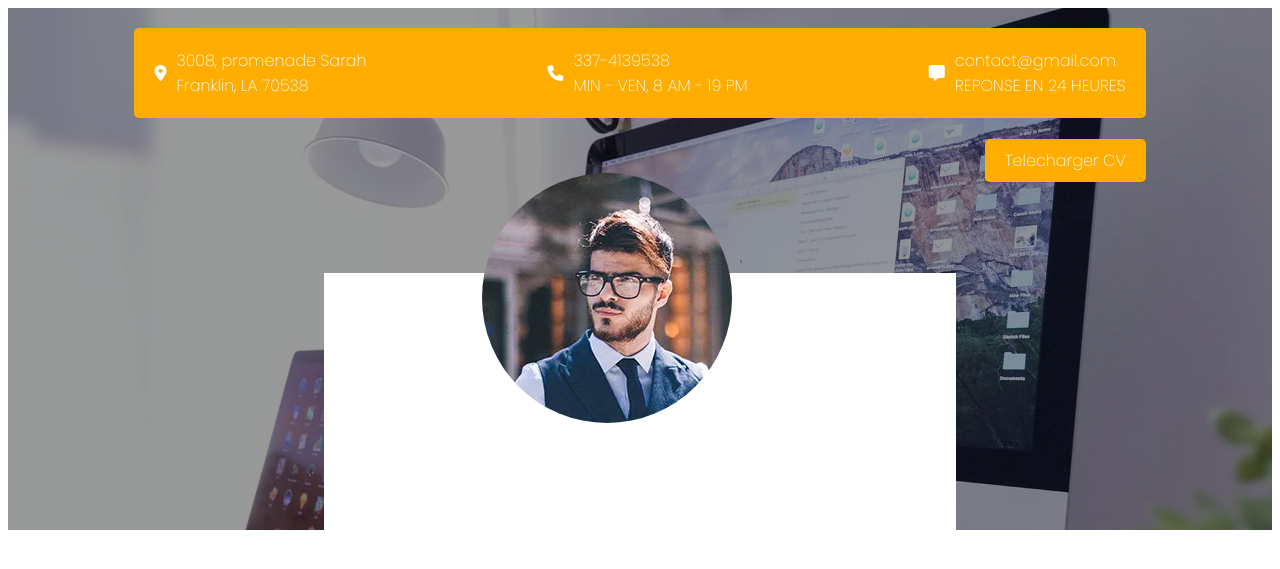
Repository: wadelfadill/CV_PORTFOLIO
Page: index.html
An editor plug-in stored every save of this project. The page is shown before and after the next save, followed by the edit.
The browser window is 1280 px wide. The pictures show the whole page.

Above is the page before, as saved 2023-03-13 20:24:32.

### index.html
<!DOCTYPE html>
<html lang="en">
<head>
    <meta charset="UTF-8">
    <meta http-equiv="X-UA-Compatible" content="IE=edge">
    <meta name="viewport" content="width=device-width, initial-scale=1.0">
    <title>CV - Portfolio</title>
    <link rel="stylesheet" href="style.css">
    <link rel="stylesheet" href="path/to/font-awesome/css/font-awesome.min.css">
    <link href="/fontawesome/css/all.css" rel="stylesheet">
    <link href="/fontawesome/css/fontawesome.css" rel="stylesheet">
    <link href="/fontawesome/css/brands.css" rel="stylesheet">
    <link href="/fontawesome/css/solid.css" rel="stylesheet">
    <link rel="stylesheet" href="/fontawesome/css/regular.css">
    <link rel="preconnect" href="https://fonts.googleapis.com">
    <link rel="stylesheet" href="/fontawesome/css/all.min.css">
<link rel="preconnect" href="https://fonts.gstatic.com" crossorigin>
<link href="https://fonts.googleapis.com/css2?family=Manrope&family=Montserrat&family=Poppins:wght@200&family=Roboto&display=swap" rel="stylesheet">
</head>
<body>
    <header>
        <div class="head">
            <div class="address">
                <div class="add-1">
                    <div class="add-icone"><i class="fa-sharp fa-solid fa-location-dot"></i></div>
                    <div class="add-text">3008, promenade Sarah <br> Franklin, LA 70538</div>
                </div>
                <div class="add-1">
                    <div class="add-icone"><i class="fa-sharp fa-solid fa-phone"></i></div>
                    <div class="add-text">337-4139538 <br> MIN - VEN, 8 AM - 19 PM</div>
                </div>
                <div class="add-1">
                    <div class="add-icone"><i class="fa-solid fa-message"></i></div>
                    <div class="add-text">contact@gmail.com <br>REPONSE EN 24 HEURES</div>
                </div>
            </div>
            <div class="download">
                <a href="#" class="button">Telecharger CV</a>
            </div>
        </div>
        <div class="head_2">
           <div class="espace">

           </div>
           <div class="presentation">
            <img src="images/profile.jpg" alt="profile" class="profil">
           </div>
           <div class="espace">

           </div>
        </div>
    </header>
    <main>

    </main>
    <footer>

    </footer>
</body>
</html>

### style.css
body{
    color: white;
    font-family: 'Poppins';
}
header{
    margin: 0;
    width: 100%;
    height: auto;
    padding-top: 20px;
    background-image: linear-gradient(rgba(0, 0, 0, 0.4),
    rgba(0, 0, 0, 0.4)), url("images/background.jpg");
    background-size: cover;
    opacity: 1;
    background-attachment: fixed;
    z-index: 0;
    display: flex;
    justify-content: space-between;
    flex-direction: column;
    gap: 100px;
}
.address{
    background-color: #FFAD01;
    padding: 20px;
    display: flex;
    justify-content: space-between;
    border-radius: 5px;
    z-index: 100;


}
.add-1{
    display: flex;
    justify-content: space-between;
    align-items: center;
    gap: 10px;
}
.head{
    display: flex;
    flex-direction: column;
    justify-content: space-between;
    gap: 30px;
    padding-left: 10%;
    padding-right: 10%;


}
.download{
   align-self: flex-end;
   margin: 0;
}
.download a{
    margin: 0;
    padding-top: 10px;
    padding-bottom: 10px;
    padding-right: 20px;
    padding-left: 20px;
    background-color: #FFAD01;
    align-self: flex-end;
    color: white;
    text-decoration: none;
    border-radius: 5px;

}
.profil{
    border-radius: 100%;
    position: relative;
    top: -100px;
    left: 25%;


}
.head_2{
    display: grid;
    grid-template-columns: 25% 50% 25%;
    grid-template-rows: auto;
}
.presentation{
    background-color: white;
    z-index: 1;
    justify-content: center;
    align-items: center;
}
.espace{
    background: none;
}

Loaded but not shown: fontawesome/css/all.css (library); fontawesome/css/fontawesome.css (library); fontawesome/css/solid.css (common file); fontawesome/css/regular.css (common file); fontawesome/css/all.min.css (library); fontawesome/css/brands.css (1522 lines, source omitted)

After the next save:
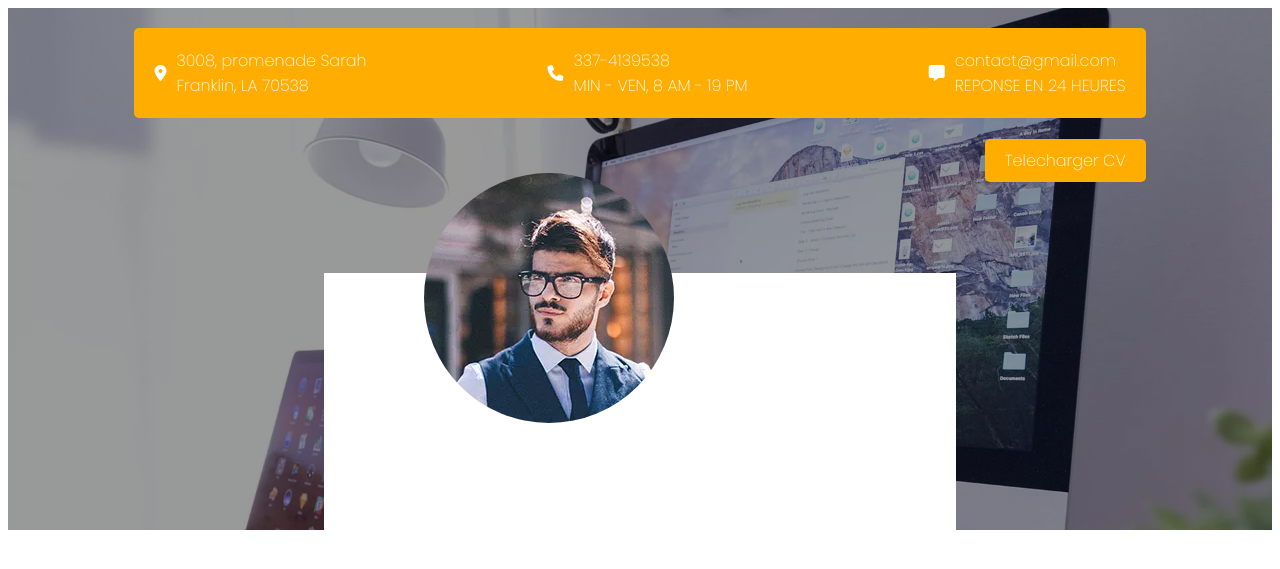
Saved 20 s later.
--- a/style.css
+++ b/style.css
@@ -65,7 +65,7 @@ header{
     border-radius: 100%;
     position: relative;
     top: -100px;
-    left: 25%;
+    left: 100px;
 
 
 }
